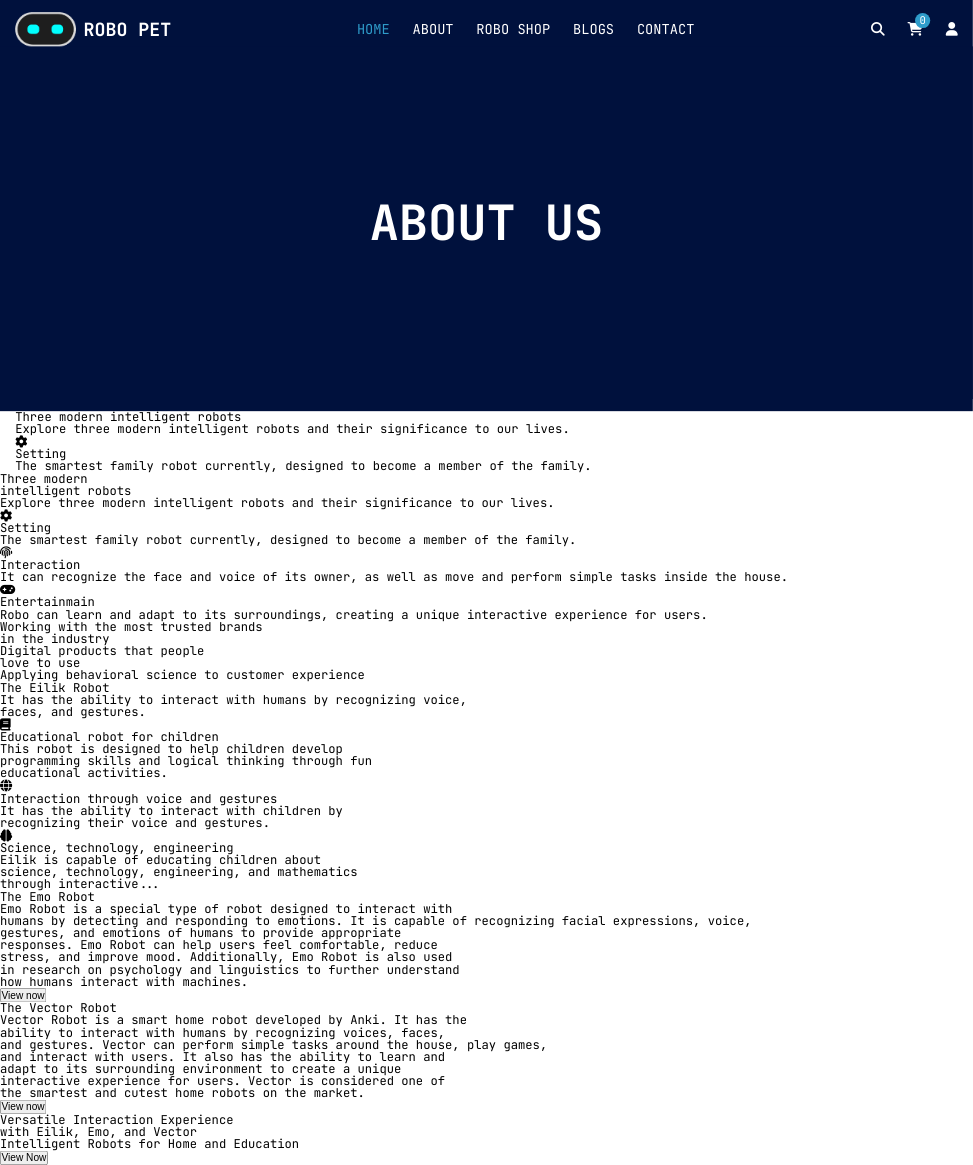
Repository: trietle101/du-an-1
Page: http://localhost/about.html
The author's editor kept a copy of each file at every save. The page is drawn from the files as they stood at one save, then again after the next save.
The browser window is 1280 px wide. The pictures show the whole page, at 76% of full size.
Some web libraries are served in a nearby version. The page is run by PHP 8.4 with error messages shown; the project is at /var/www/html/.

Above is the page before, as saved 2023-03-12 22:12:47.

After the next save:
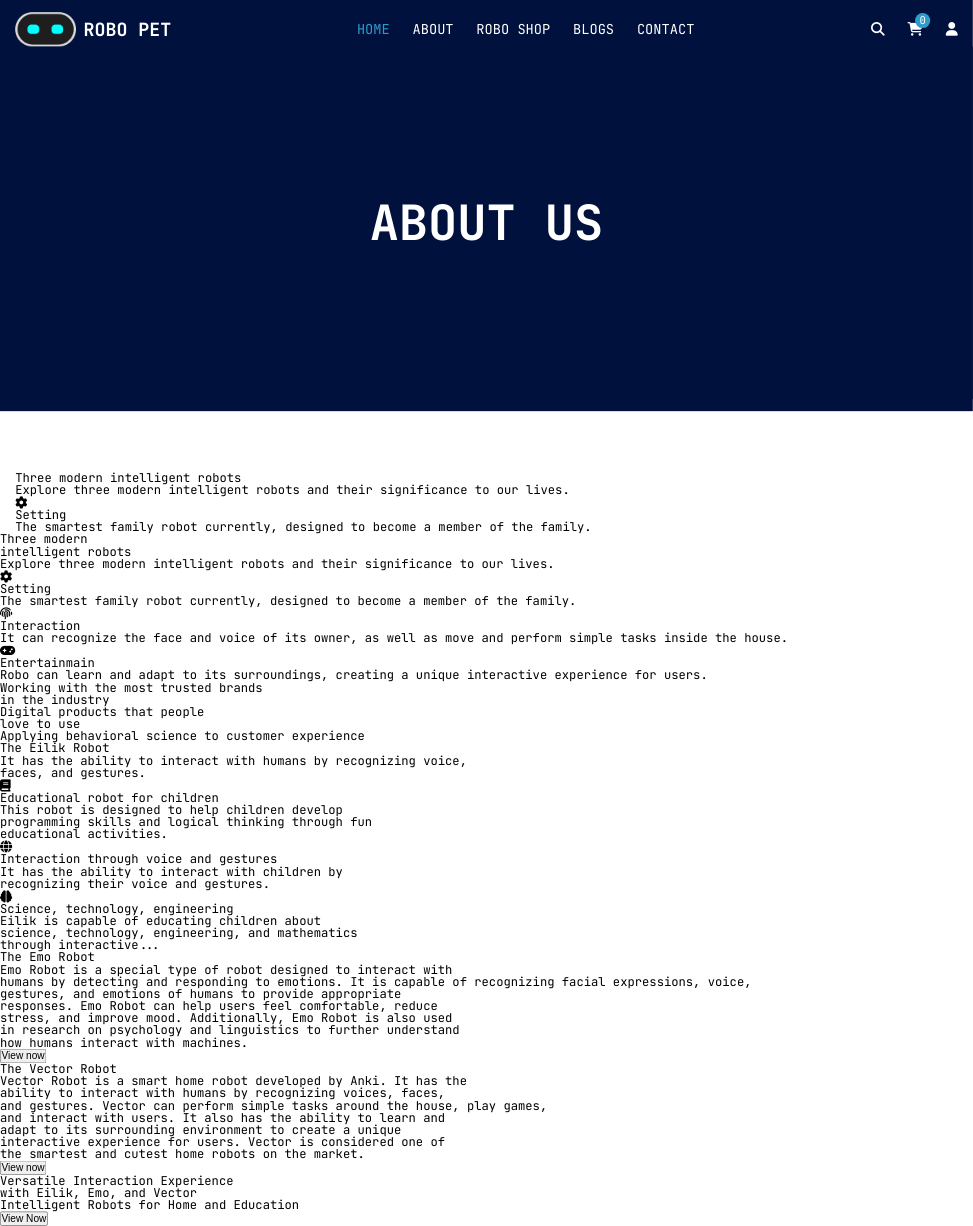
Saved 35 s later.
--- a/assets/css/about.css
+++ b/assets/css/about.css
@@ -122,3 +122,6 @@
   text-transform: uppercase;
   text-align: center;
 }
+.modern {
+  padding-top: 80px;
+}
